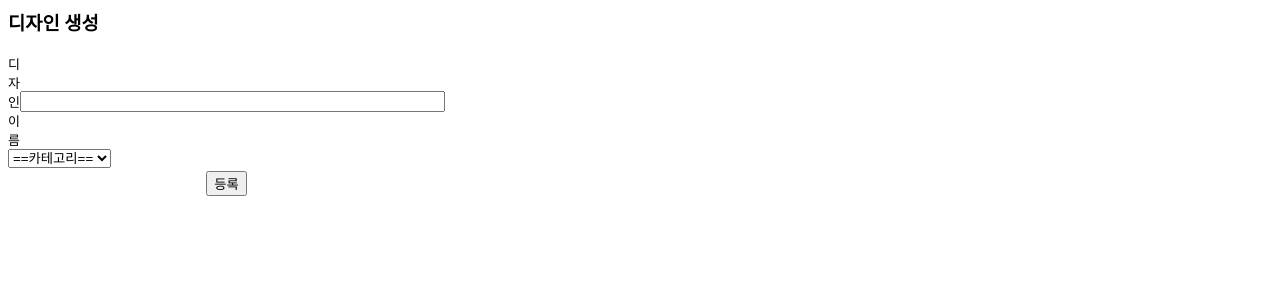
Repository: sjeong12/Photos
Page: http://localhost/LSJ_PHOTO/CustomDesign/addDesign.jsp
An editor plug-in stored every save of this project. The page is shown before and after the next save, followed by the edit.
The browser window is 1280 px wide. The pictures show the whole page.
The page is served by Tomcat 9.

Above is the page before, as saved 2016-12-07 11:33:44.

After the next save:
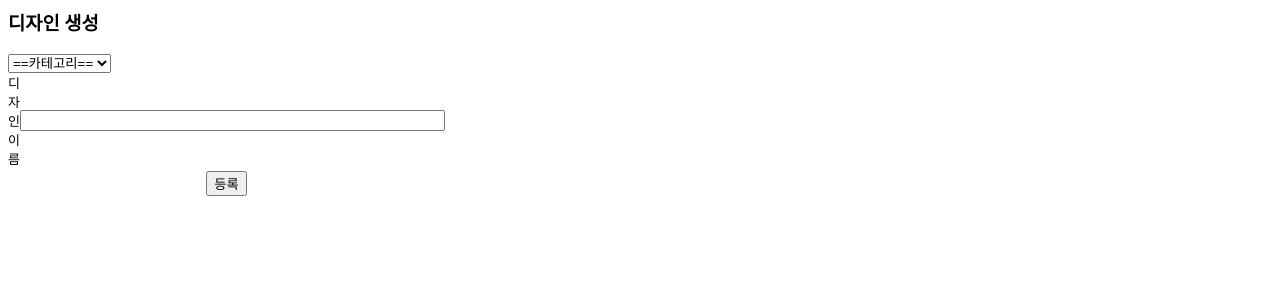
Saved 68 s later.
--- a/LSJ_PHOTO/WebContent/CustomDesign/addDesign.jsp
+++ b/LSJ_PHOTO/WebContent/CustomDesign/addDesign.jsp
@@ -31,12 +31,6 @@ function valid_check()
 <FORM NAME = "frm_d" ACTION = "/LSJ_PHOTO/home.jsp?page=CustomDesign/addDesign_ok" METHOD = "post" ENCTYPE="multipart/form-data">
 <TABLE WIDTH = "400" BORDER = "0" CellPadding = "0" CellSpacing = "0">
 	<TR>
-		<TD WIDTH = "40%" ALIGN = "left"><font size = 2>디자인 이름</font></TD>
-		<TD WIDTH = "60%" ALIGN = "left">
-			<INPUT TYPE ="text" NAME="name" SIZE = "50" MAXLENGTH = "50">
-		</TD>
-	</TR>
-	<TR>
 		<TD WIDTH = "40%" ALIGN = "left" COLSPAN = "2">
 		<SELECT NAME="category">
         <OPTION VALUE="">==카테고리==</OPTION>
@@ -44,6 +38,12 @@ function valid_check()
         <OPTION VALUE="2">액자</OPTION>
         <OPTION VALUE="3">디자인 소품</OPTION>
         </SELECT>
+		</TD>
+	</TR>
+	<TR>
+		<TD WIDTH = "40%" ALIGN = "left"><font size = 2>디자인 이름</font></TD>
+		<TD WIDTH = "60%" ALIGN = "left">
+			<INPUT TYPE ="text" NAME="name" SIZE = "50" MAXLENGTH = "50">
 		</TD>
 	</TR>
 	<TR>
